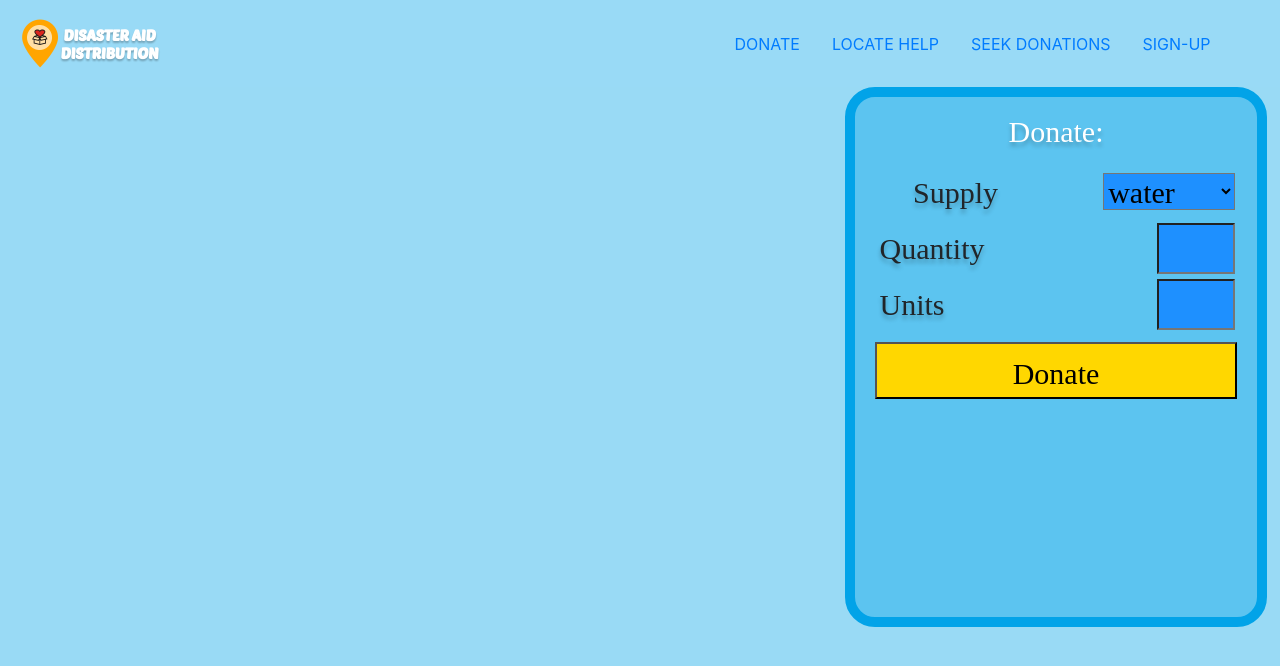
Repository: uprm-inso-4115-2019-2020-S2/semester-project-inso4115-DisasterAid-backend
Page: /donate-modal (app in disaster-aid/)
An editor plug-in stored every save of this project. The page is shown before and after the next save, followed by the edit.
The browser window is 1280 px wide. The pictures show the whole page.
The project was rebuilt for these pictures with package versions that can differ from the ones it lists, and the page was loaded fresh each time. Also part of the build but not shown: disaster-aid/angular.json, disaster-aid/src/app/login/login.component.ts, disaster-aid/src/app/register/register.component.ts, disaster-aid/src/app/home/home.component.ts, disaster-aid/src/app/landing-page/landing-page.component.ts, disaster-aid/src/app/donations/donations.component.ts, disaster-aid/src/app/donations.service.ts.

Above is the page before, as saved 2020-05-09 02:15:42.

### disaster-aid/src/index.html
<!doctype html>
<html lang="en">
<head>
  <meta charset="utf-8">
  <title>DisasterAid</title>
  <base href="/">
  <meta name="viewport" content="width=device-width, initial-scale=1">
  <link rel="icon" type="image/x-icon" href="favicon.ico">
</head>
<body>
  <app-root></app-root>
</body>
</html>

### disaster-aid/src/styles.css
/* You can add global styles to this file, and also import other style files */

html { background-color:rgba(2, 163, 232, 0.4); }

### disaster-aid/src/app/app.module.ts
import { BrowserModule } from '@angular/platform-browser';
import { NgModule } from '@angular/core';
import { FormsModule, ReactiveFormsModule } from '@angular/forms';



import { AppRoutingModule } from './app-routing.module';
import { AppComponent } from './app.component';
import { RegisterComponent } from './register/register.component';
import { LoginComponent } from './login/login.component';
import { HttpClientModule } from '@angular/common/http';
import { HomeComponent } from './home/home.component'
import { UserApiService } from './userapi.service';
import { LandingPageComponent } from './landing-page/landing-page.component';
import { DonationsComponent } from './donations/donations.component';
import { DonateModalComponent } from './donate-modal/donate-modal.component';


@NgModule({
  declarations: [
    AppComponent,
    RegisterComponent,
    LoginComponent,
    HomeComponent,
    LandingPageComponent,
    DonationsComponent,
    DonateModalComponent,
  ],
  imports: [
    BrowserModule,
    AppRoutingModule,
    FormsModule,
    ReactiveFormsModule,
    HttpClientModule
  ],
  providers: [UserApiService],
  bootstrap: [AppComponent]
})
export class AppModule { }

### disaster-aid/src/app/app-routing.module.ts
import { NgModule } from '@angular/core';
import { Routes, RouterModule } from '@angular/router';
import {LoginComponent} from './login/login.component';
import { RegisterComponent } from './register/register.component';
import { HomeComponent } from './home/home.component';
import { LandingPageComponent } from './landing-page/landing-page.component';
import { DonationsComponent } from './donations/donations.component';
import { DonateModalComponent} from './donate-modal/donate-modal.component';


const routes: Routes = [
  { path: '', redirectTo: '/landing_page', pathMatch: 'full'}, //Make home the default landing page
  { path: 'register', component: RegisterComponent},
  { path: 'login', component: LoginComponent },
  { path: 'home', component: HomeComponent},
  { path: 'landing_page', component: LandingPageComponent },
  { path: 'my-donations', component: DonationsComponent },
  { path: 'donate-modal', component: DonateModalComponent},

];

@NgModule({
  imports: [RouterModule.forRoot(routes)],
  exports: [RouterModule]
})
export class AppRoutingModule { }

### disaster-aid/src/app/app.component.ts
import { Component } from '@angular/core';

@Component({
  selector: 'app-root',
  templateUrl: './app.component.html',
  styleUrls: ['./app.component.css']
})
export class AppComponent {
  title = 'disaster-aid';
}

### disaster-aid/src/app/userapi.service.ts
import { Injectable } from '@angular/core';
import { HttpClient, HttpErrorResponse, HttpHeaders } from '@angular/common/http';
import { User } from './user';
import { Observable, throwError } from 'rxjs';
import { catchError } from 'rxjs/operators';


@Injectable({
  providedIn: 'root'
})
export class UserApiService {

  constructor(private httpClient:HttpClient) { }

  private _handleError(error: HttpErrorResponse | any) {
    let data = {};
                data = {
                    reason: error && error.error.reason ? error.error.reason : '',
                    status: error.status
                };
                console.error(data);
                return throwError(error);
  }

    public server:String = " http://localhost:5000/";

   public getUsers() : Observable<User[]> {
     return this.httpClient
     .get<User[]>(this.server + "DAD/users")
     .pipe(catchError (this._handleError));
   }

   public getUser(userID : String): Observable<User> {
    return this.httpClient
    .get<User>(this.server + `DAD/users/${userID}`)
    .pipe(catchError (this._handleError));
  }

  public createUser(user: User): Observable<any> {

    const httpOptions = {
      headers: new HttpHeaders ({
        'Content-Type':'application/json',
        'Accept': 'application/json'
      })
    };
    return this.httpClient
    .post(this.server + "DAD/users", user, httpOptions)
    .pipe(catchError (this._handleError));;
  }


}

### disaster-aid/src/app/donate-modal/donate-modal.component.ts
import { Component, OnInit } from '@angular/core';

@Component({
  selector: 'app-donate-modal',
  templateUrl: './donate-modal.component.html',
  styleUrls: ['./donate-modal.component.css']
})
export class DonateModalComponent implements OnInit {

  constructor() { }

  ngOnInit(): void {
  }

}

### disaster-aid/src/app/donate-modal/donate-modal.component.html
<nav class="navbar navbar-light" style="background-color: rgba(2, 163, 232, 0.4);">
    <a class="navbar-brand mr-1" href="#"><img src="/assets/DAD_logo.png" style="width: 50%;"></a>
    <ul class="nav navbar-justified navbar-right ml-auto" style="margin-right: 3%;">
        <li class="nav-item">
            <a class="nav-link menuItem" routerLink="/my-donations"  >DONATE</a>
        </li>
        <li class="nav-item">
            <a class="nav-link menuItem"  href="#">LOCATE HELP</a>
        </li>
        <li class="nav-item">
            <a class="nav-link menuItem" href="#">SEEK DONATIONS</a>
        </li>
        <li class="nav-item">
            <a class="nav-link menuItem"  routerLink="/register" routerLinkActive="active">SIGN-UP</a>
        </li>
    </ul>
</nav>

<div class="donateBox">
    <p style="font-size:90; text-align: center; padding-top: 3%; color: white;">Donate:</p>
    <!-- <form [formGroup]="loginForm" (ngSubmit)="onSubmit(loginForm.value)"> -->
        <div style="text-align: right; padding-right: 22px;">
            <div>
                <label for="Supply" style=" width:50%; text-align:left;">Supply</label>
                <select id="supply" name="supply" class="select">
                    <option value="water">water</option>
                    <option value="food">food</option>
                    <option value="medicine">medicine</option>
                    <option value="clothing">clothing</option>

                </select>
            </div>
            <div>
                <label for="quantity" style="width:73%; text-align:left;">Quantity</label>
                <input type="number" class="select" id="quantity" name="quantity" min="1" max="5">
            </div>
            <div>
                <label for="units" style="width:73%; text-align:left;">Units</label>
                <input type="number" class="select" id="quantity" name="quantity" min="1" max="5">
            </div>
        </div>

        <div style="text-align: center;  padding-top: 7px;">
            <button class="donateButton" type="submit">Donate</button>
        </div>
    <!-- </form> -->

    <!-- <div style="text-align: center; padding-top: 5px; font-size: large;">
        <label style="color: white; padding-right: 5px;">Don't have an account?</label>
        <a routerLink="/register" routerLinkActive="active" style="color:#FFBC40 ;">Sign up</a>
    </div> -->

</div>

### disaster-aid/src/app/donate-modal/donate-modal.component.css
.donateBox {
    position: absolute;
    width: 33%;
    height: 75%;
    left: 66%;
    /* right: 10%;
    top: 10%; */

    background: rgba(2, 163, 232, 0.4);
    border: 10px solid #02A3E8;
    border-radius: 30px;
    font-family: 'Fredoka One', cursive;
    font-family: 'Gochi Hand', cursive;
    text-shadow: 0px 4px 4px rgba(0, 0, 0, 0.25);
    font-size: 30px;
}


.donateButton{
    text-align: center;
    padding-top: 7px;
    background: gold;
    width: 90%;
    /* font-size:30px */
}

.select{
    background-color: dodgerblue;
    /* display: none; */
    position: relative;
    font-family: 'Gochi Hand', cursive;
}

Loaded but not shown: disaster-aid/src/main.ts (common file); disaster-aid/src/environments/environment.ts (common file); disaster-aid/src/app/app.component.html (common file); disaster-aid/src/app/app.component.css (no stored copy; drawn as an empty file)

After the next save:
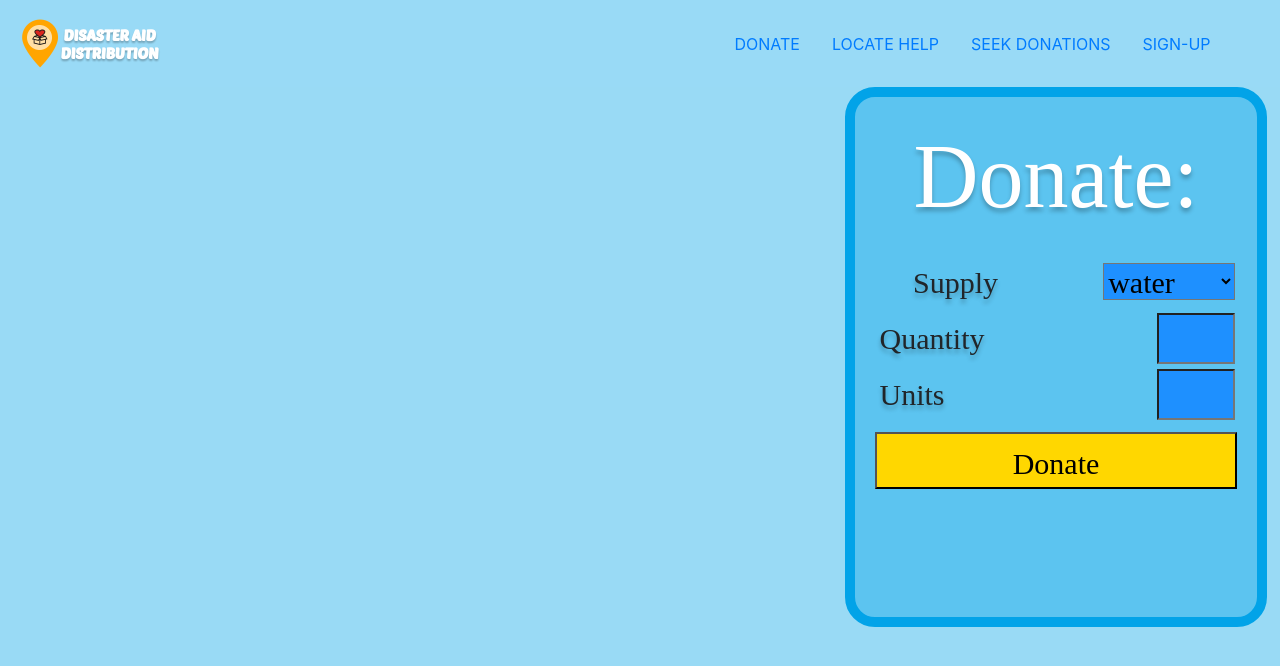
Saved 15 s later.
--- a/disaster-aid/src/app/donate-modal/donate-modal.component.html
+++ b/disaster-aid/src/app/donate-modal/donate-modal.component.html
@@ -17,7 +17,7 @@
 </nav>
 
 <div class="donateBox">
-    <p style="font-size:90; text-align: center; padding-top: 3%; color: white;">Donate:</p>
+    <p style="font-size:90px; text-align: center; padding-top: 3%; color: white;">Donate:</p>
     <!-- <form [formGroup]="loginForm" (ngSubmit)="onSubmit(loginForm.value)"> -->
         <div style="text-align: right; padding-right: 22px;">
             <div>
